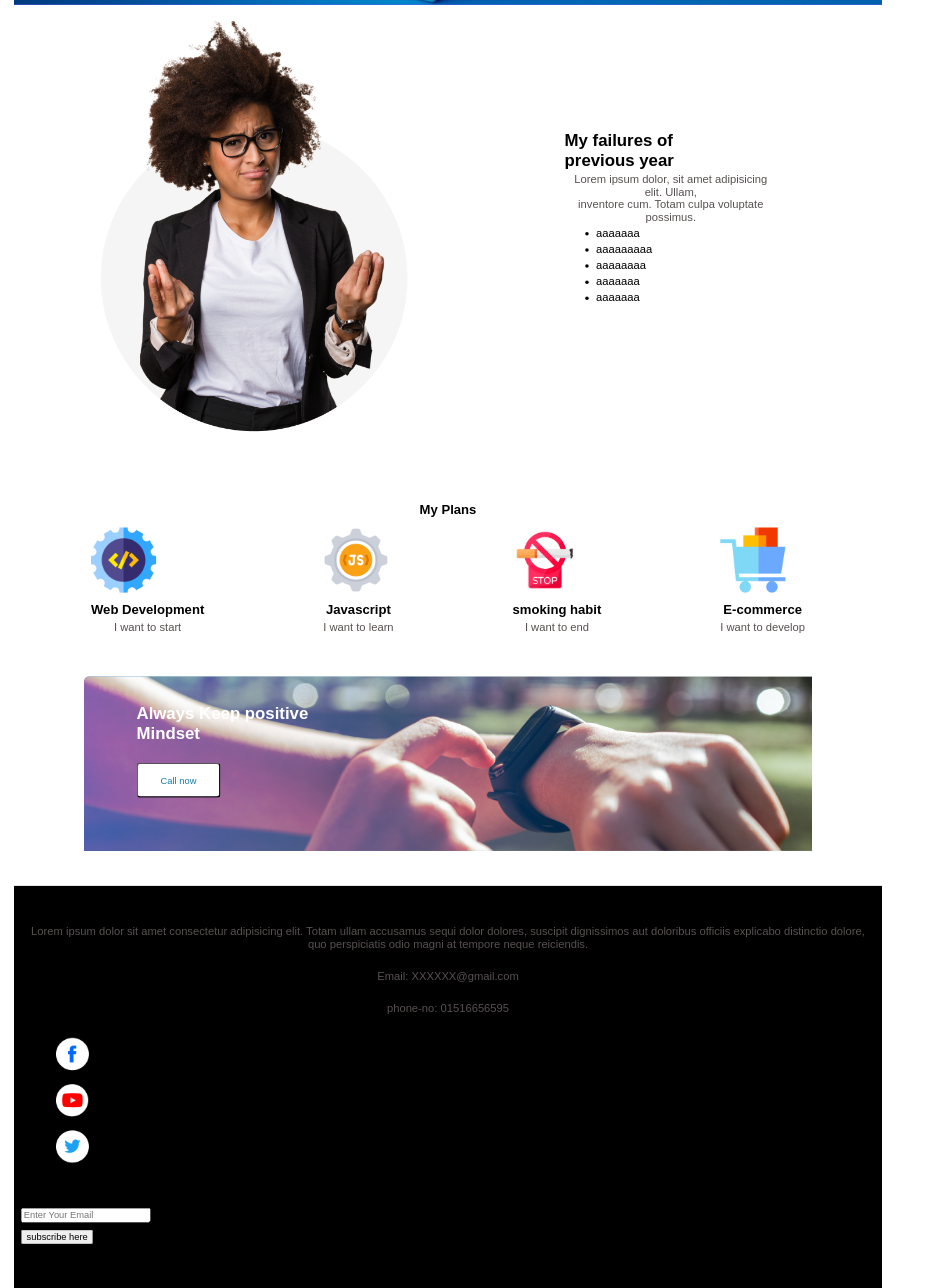
Repository: sadiaafsana138/All-Thinks-Are-Possible-Website
Page: index.html
An editor plug-in stored every save of this project. The page is shown before and after the next save, followed by the edit.
The browser window is 1280 px wide. The page is 1344 px wide, so the pictures cover 1344 px, including what lies to the right of the window. The pictures show the part of the page from y = 811 to 2651 px (the page is 2687 px tall before and 2594 px after), at 70% of full size.

Above is the page before, as saved 2023-01-08 12:00:21.

After the next save:
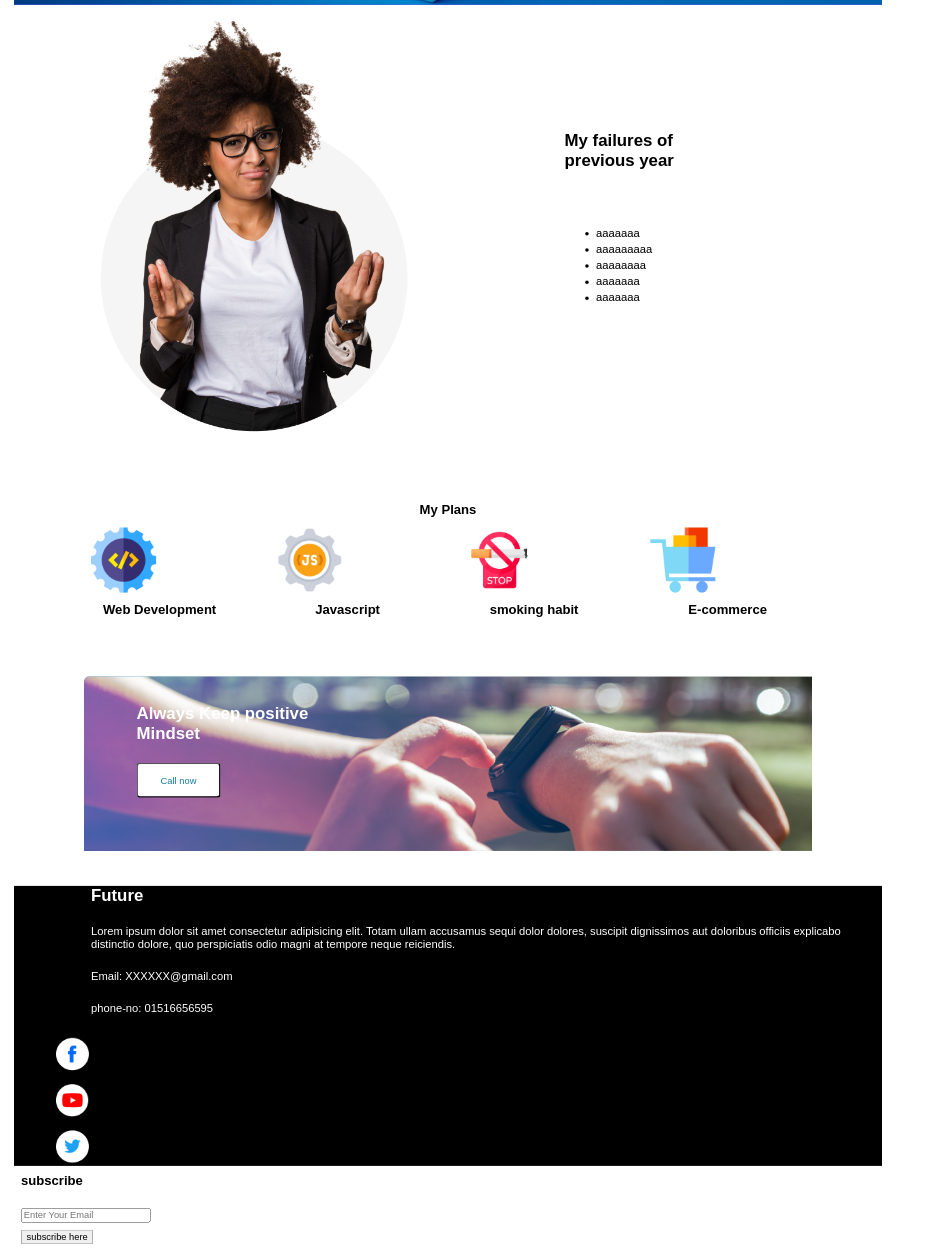
Saved 3 min 58 s later.
--- a/index.html
+++ b/index.html
@@ -91,7 +91,7 @@
     </main>
     <footer>
         <Section class="Footer">
-            <div >
+            <div id="footerdetails">
                 <h2>Future</h2><br>
                 <p>Lorem ipsum dolor sit amet consectetur adipisicing elit. Totam ullam accusamus sequi dolor dolores,
                     suscipit dignissimos aut doloribus officiis explicabo distinctio dolore, quo perspiciatis odio magni
--- a/styles/web.css
+++ b/styles/web.css
@@ -100,7 +100,12 @@ p{
 }
 .Footer{
     margin-top: 50px;
-    height: 600px;
+    height: 400px;
     width: cover;
     background-color: black;
 }
+#footerdetails h2,p{
+   color: white;
+   text-align:left;
+   padding-left: 100px;
+}
